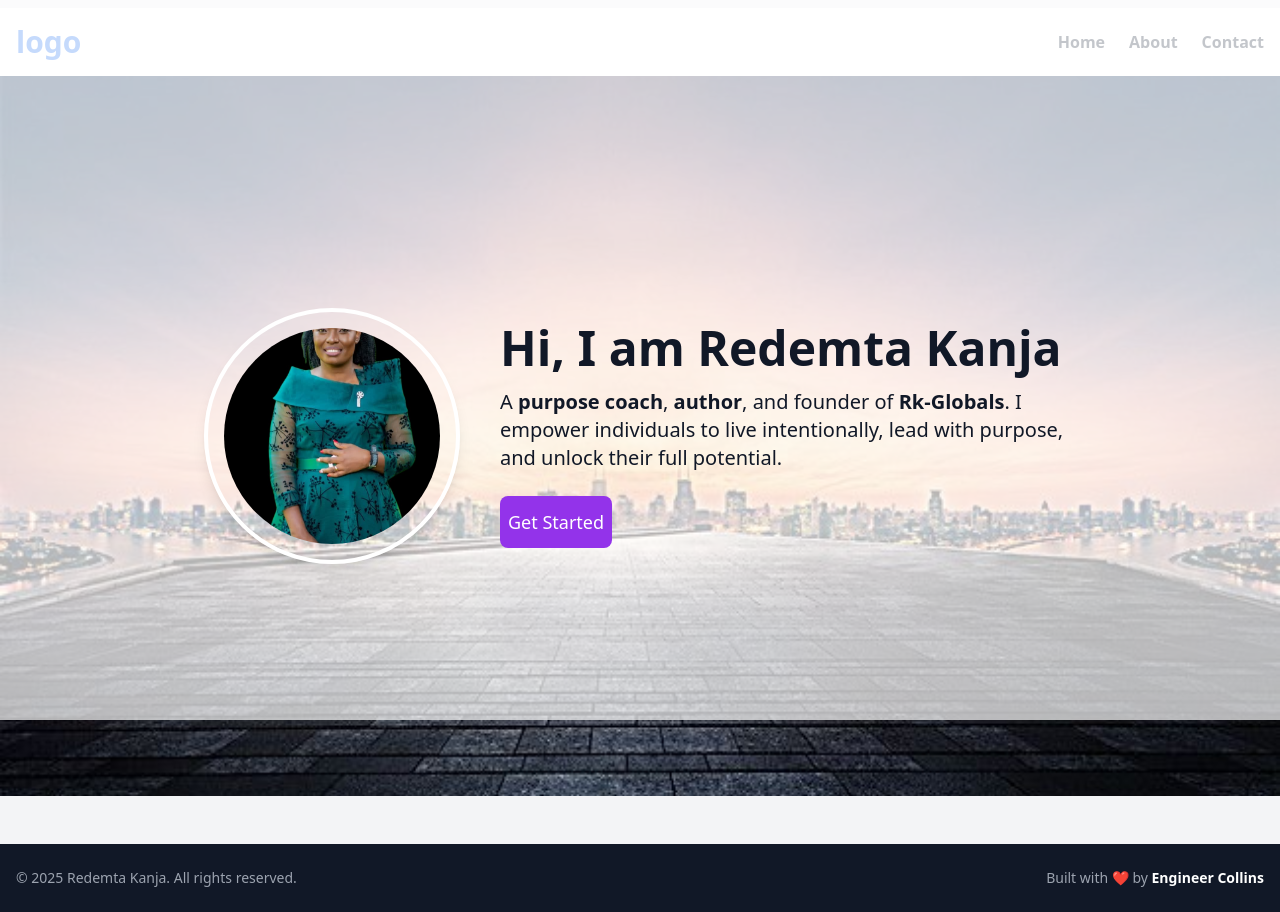
Repository: Engineer-collo/Redemta-Kanja-s-website
Page: /
These files come from the project's save history. The page is drawn as it stood at one moment and after a run of saves; the edit follows.
The browser window is 1280 px wide. The pictures show the whole page.
The project was rebuilt for these pictures with package versions that can differ from the ones it lists, and the page was loaded fresh each time. Also part of the build but not shown: vite.config.js, src/pages/Home.jsx, src/pages/About.jsx, src/pages/Contact.jsx.

Above is the page before, as saved 2025-05-18 06:56:54.

After the next 2 saves:
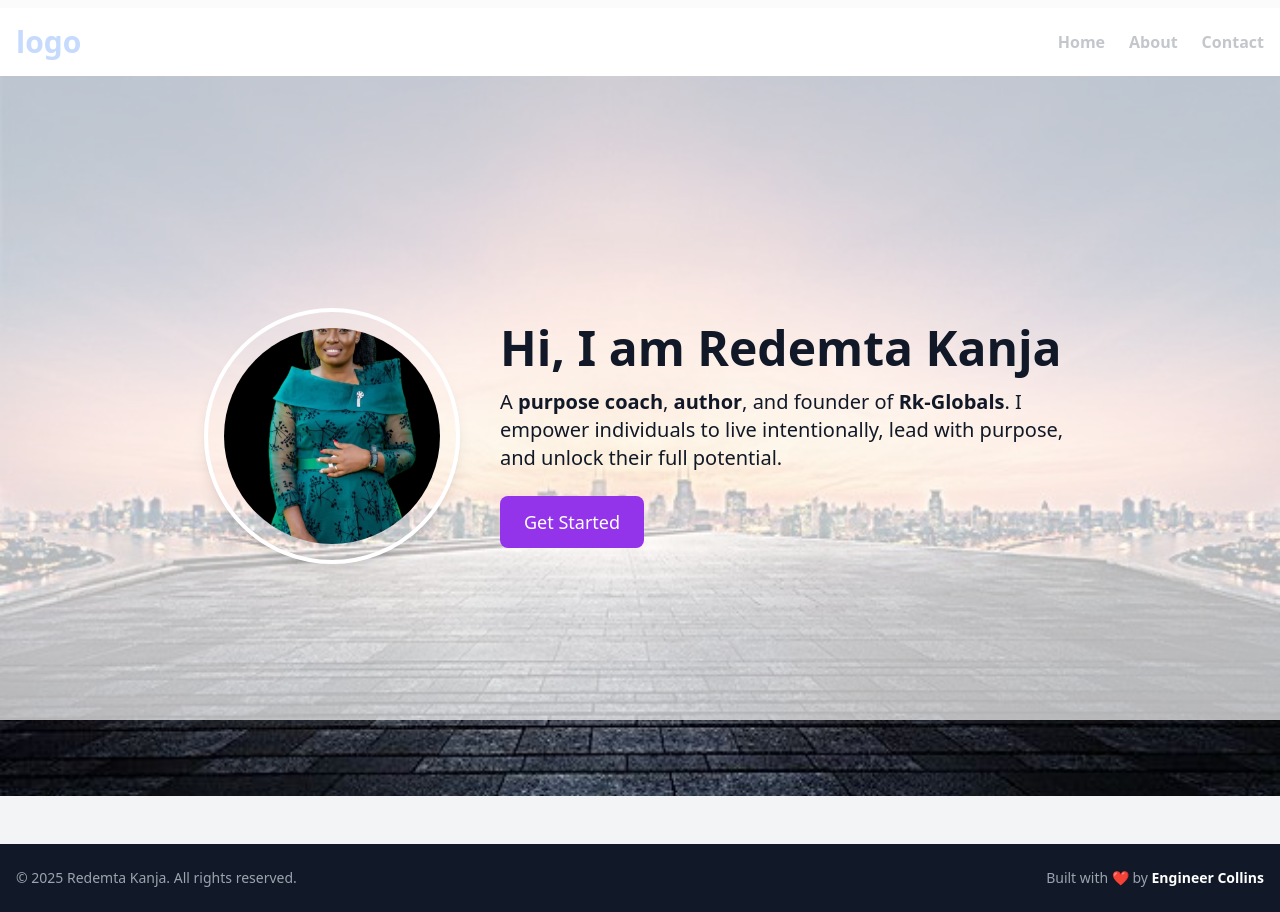
The 2 saves are shown as one change because they came seconds apart.
The last was saved 7 s later.
--- a/src/pages/Landingpage.jsx
+++ b/src/pages/Landingpage.jsx
@@ -33,7 +33,7 @@ const LandingPage = () => {
           </p>
           <button
             onClick={handleGetStarted}
-            className="bg-purple-600 text-white px-2 py-3 rounded-lg text-lg hover:bg-purple-700 transition"
+            className="bg-purple-600 text-white px-6 py-3 rounded-lg text-lg hover:bg-purple-700 transition"
           >
             Get Started
           </button>
